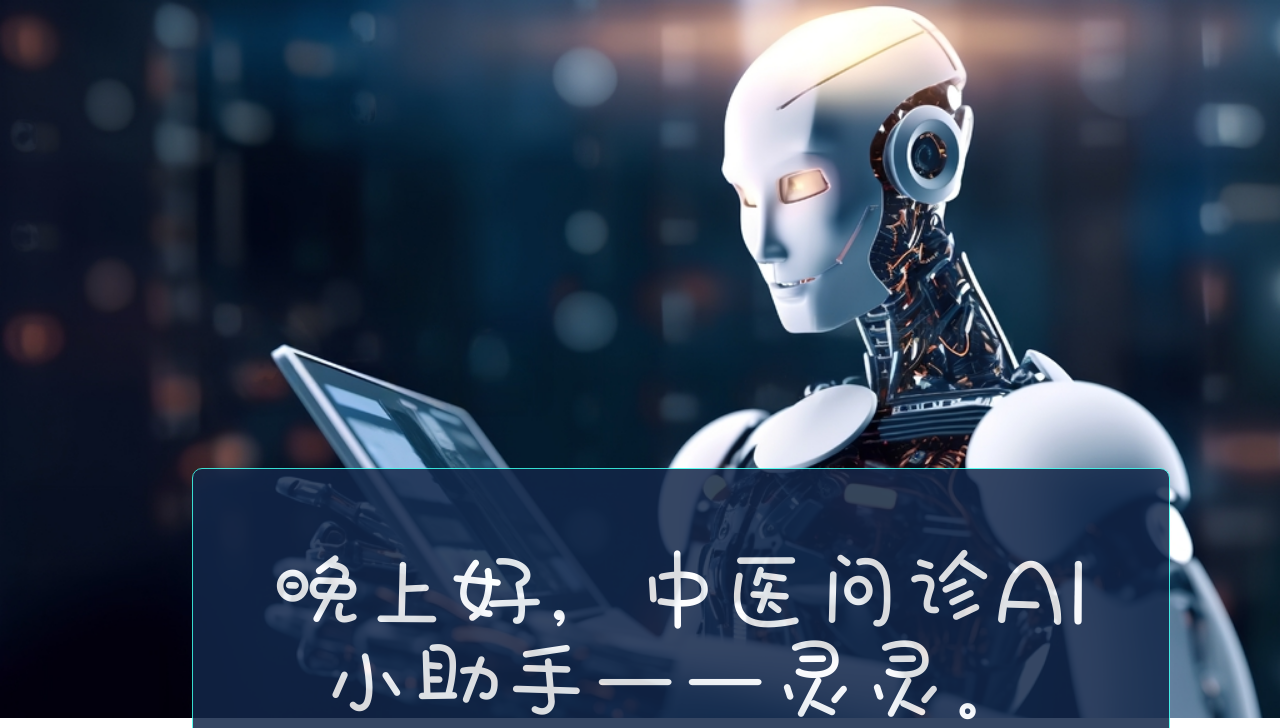
Repository: chjyume/zhongyi
Page: index3.html
These files come from the project's save history. The page is drawn as it stood at one moment and after the next save; the edit follows.
The browser window is 1280 px wide. The page is 1288 px wide, so the pictures cover 1288 px, including what lies to the right of the window. The pictures show the whole page.

Above is the page before, as saved 2023-06-29 09:01:50.

After the next save:
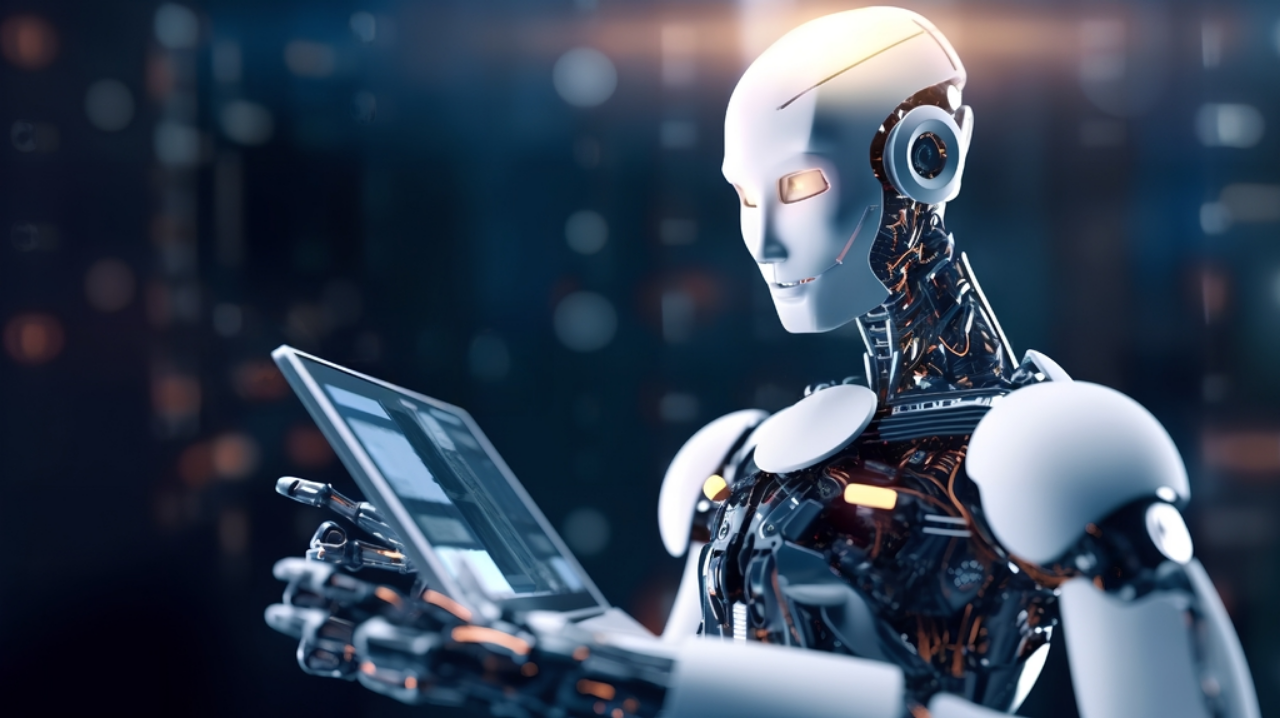
Saved 7 min 33 s later.
--- a/js/index3.js
+++ b/js/index3.js
@@ -26,15 +26,19 @@
         }
         textDiv.appendChild(span);
         i++;
+        textDiv.addEventListener('click', showNextText);
+        showNextText();
+
       } else {
         clearInterval(typing);
       }
     }, 100);
   } else {
-    return;
+    textDiv.removeEventListener('click', showNextText); // 文本全部加载完毕后移除点击事件监听器
+    textDiv.style.display = 'none';
   }
 }
 
-textDiv.addEventListener('click', showNextText);
+
 
 showNextText();

After the 2 saves that followed:
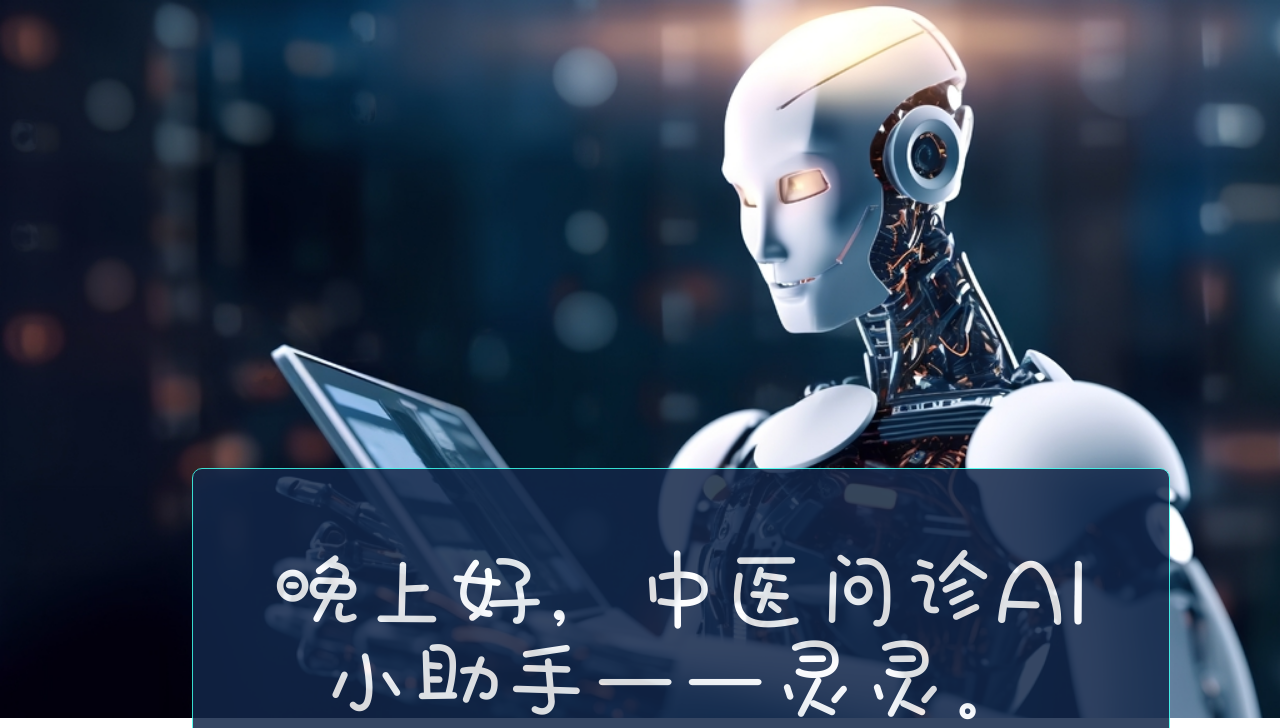
The 2 saves are shown as one change because 1 left the picture as it was.
The last was saved 4 min 10 s later.
--- a/js/index3.js
+++ b/js/index3.js
@@ -26,19 +26,15 @@
         }
         textDiv.appendChild(span);
         i++;
-        textDiv.addEventListener('click', showNextText);
-        showNextText();
-
       } else {
         clearInterval(typing);
       }
     }, 100);
   } else {
-    textDiv.removeEventListener('click', showNextText); // 文本全部加载完毕后移除点击事件监听器
-    textDiv.style.display = 'none';
+    return;
   }
 }
 
-
+textDiv.addEventListener('click', showNextText);
 
 showNextText();
